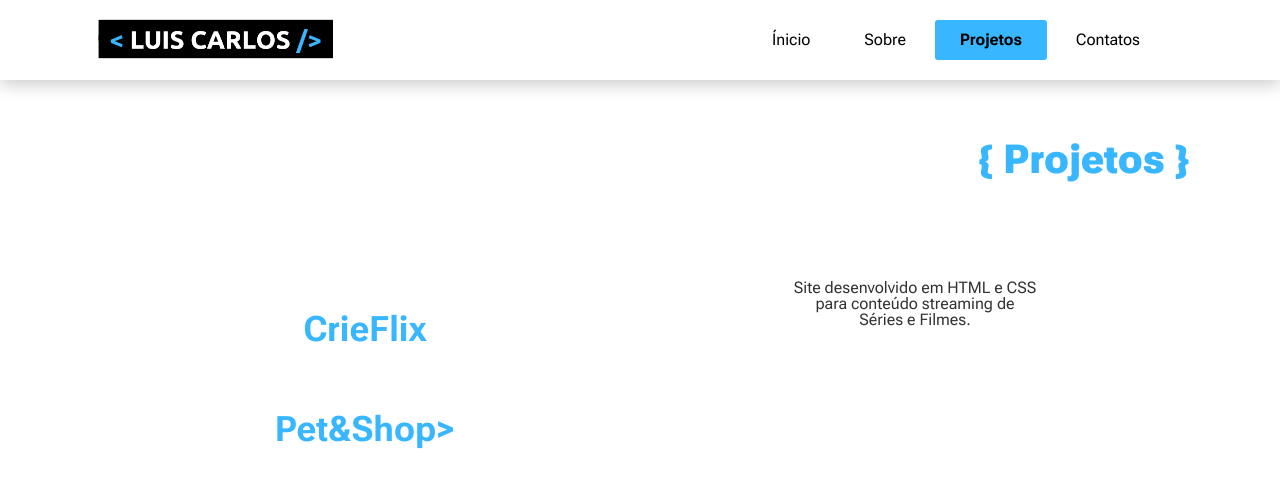
Repository: Iluiscarlos/SitePortifolio
Page: projects.html
These files come from the project's save history. The page is drawn as it stood at one moment and after the next save; the edit follows.
The browser window is 1280 px wide. The pictures show the whole page.
Some web libraries are served in a nearby version.

Above is the page before, as saved 2022-05-25 21:28:39.

### projects.html
<!DOCTYPE html>
<html lang="pt-BR">

<head>
    <meta charset="UTF-8">
    <meta name="viewport" content="width=device-width, initial-scale=1.0">
    <meta http-equiv="X-UA-Compatible" content="ie=edge">
    <title>Luís Carlos</title>
    <link rel="stylesheet" href="Styles/base/reset.css">
    <link rel="stylesheet" href="Styles/base/variables.css">
    <link rel="stylesheet" href="Styles/base/base.css">
    <link rel="stylesheet" href="Styles/layout/header.css">
    <link rel="stylesheet" href="Styles/layout/about.css">
    <link rel="stylesheet" href="Styles/layout/projects.css">
    <link rel="stylesheet" href="Styles/layout/footer.css">
    <link rel="stylesheet" href="Styles/components/icon.css">
    <script src="https://kit.fontawesome.com/2c48374459.js" crossorigin="anonymous"></script>
    <link rel="preconnect" href="https://fonts.googleapis.com">
    <link rel="preconnect" href="https://fonts.gstatic.com" crossorigin>
    <link
        href="https://fonts.googleapis.com/css2?family=Roboto+Flex:opsz,wght@8..144,100;8..144,200;8..144,300;8..144,400;8..144,500;8..144,600;8..144,700;8..144,800;8..144,900&display=swap"
        rel="stylesheet">
</head>

<body>
    <header class="header">
        <div class="container">
            <img src="icons/logo.png" class="header__logo">
            <nav class="menu__item">
                <a href="index.html" class="menu__item">Ínicio</a>
                <a href="about.html" class="menu__item">Sobre</a>
                <a href="projects.html" target="_self" class=" menu__item menu__item--active">Projetos</a>
                <a href="contacts.html" class="menu__item">Contatos</a>
            </nav>
        </div>
    </header>
    <main class="container">
        <h1 class="about__tittle">{ Projetos }</h1>
        <div class="projects">
            <div class="projects__list">
                <b class="bold__blue">CrieFlix</b>
            </div>
            <div class="projects__description">
                <p>Site desenvolvido em HTML e CSS<br>
                    para conteúdo streaming de<br>
                    Séries e Filmes.</p>
                </p>
            </div>
        </div>
            <div class="projects__list">
                <b class="bold__blue">Pet&Shop></b>

    </main>
</body>

</html>

### Styles/base/variables.css
:root{
    --color-red: #F41B3B;
    --color-green: #1EBC99;
    --color-blue: #38b6ff;
    --color-blue1: #0058dd;
    --color-purple:#6b009d;
    --color-yellow: #F9CC0D;
    --color-white: #ffffff;
    --color-black: #000000;
    --color-black1: #333;
    --color-darken-gray: #363536;
    --color-light-gray: #807E81;
    --color-gray: #4f4e50;
    --color-fa: #fafafa;
    --color-ea: #eaeaea;
    --color-cece: #cecece;

--font-family-Roboto:"Roboto Flex", 'Sans serif';
--font-size-default: 16px;
--border-radius-default:3px;

--font-family-primary: var(--font-family-Roboto);
}

### Styles/base/base.css
body {
    font-family: var(--font-family-primary);
    font-size: var(--font-size-default);
    background-color:  var(--color-white);
    color: var(--color-black1);
}


.divisor{
    size: 1;
    width: 100%;
}

.container {
    width: 1100px;
    max-width: 100%;
    margin-left: auto;
    margin-right: auto;
    margin-bottom: 60px;
  }

### Styles/layout/header.css
.header{
    position: fixed;
    height: 80px;
    font-size: 16px;
    background-color: var(--color-white);
    box-shadow: 0 5px 1em #cecece;
    top: 0;
    left: 0;
    right: 0;
}

.header .container{
    display: flex;
    align-items: center;
    height: 100%;
}
.menu__item{
    display: inline-block;
    padding: 0 25px 0;
    text-decoration: none;
    /*border-right: 2px solid var(--color-blue);*/
    color: var(--color-black);
    margin-left: auto;
}

.menu__item--active{
    color: var(--color-black);
    display: inline-block;
    text-align: center;
    font-weight: bold;
    line-height: 40px;
    border-radius: 3px;
    background: var(--color-blue);
}

/*.menu__item:last-child{
    border-right: none;
}*/

.header__logo{
    width: 250px;
}


@media only screen and (max-width: 480px){
    .header{
    display: block;
    position: fixed;
    top: 60px;
    left: 0;
    right: 0;
    bottom: 0;
    background-color: pink;
    transform: translateX(-100%);

}


    .header__menu::-webkit-scrollbar{
        width: 0;
        height: 0;
    }

    .menu__item{
        display: block;
        margin: 20px 0;
    }

}

### Styles/layout/about.css
.about{
    display: flex;
}

.about__photo{
    width: 400px;
    height: 500px;
    padding-top: 280px;
    padding-right: 50px;
    vertical-align: middle;
    object-fit: cover;
}


.about__tittle{
    color: var(--color-blue);
    font-size: 40px;
    font-weight:900;
    padding-top: 140px;
    text-align: end;
}


.about__content{
    font-family: var(--font-family-primary);
    font-size: 18px;
    padding-top: 30px;
    text-align: justify;
    line-height: 1.25;
}


a{
    text-decoration: none;
}

.bold__blue{
    font-weight: bold;
    color: var(--color-blue);
}

.bold__black{
    font-weight: bold;
    color: var(--color-black);
}


.experience{
    display: flex;
    flex-direction: column;
}

.subtitle{
    color: var(--color-blue);
    font-size: 40px;
    font-weight:500;
    padding-top: 25px;
    text-align: center;
    vertical-align:top;
}

.experience__list{
    text-align: justify;
    font-size: 18px;
    font-weight: 400;
    line-height: 25px;
}

.experience__edu{
    text-align: justify;
    font-size: 18px;
    font-weight: 400;
    line-height: 25px;
}

### Styles/layout/projects.css
.projects{
    display: flex;

    margin-top: 100px;

}

.projects__list{
    width: 50%;
    font-size: 35px;
    text-align: center;
    line-height: 100px;
}

.projects__description{
    width: 50%;
    text-align: center;

}

### Styles/layout/footer.css
footer{
display: block;
background-color: var(--color-black);
}

.andress {
    display: flex;
    height: 350px;
    color: var(--color-white);
    align-items: center;
    justify-content: space-between;
    padding-left: 100px;
}


.andress__contacts{
    display: block;
    font-size: var(--font-size-default);
    line-height: 60px;
}

.andress__contacts-tittle{
    color: var(--color-blue);
    font-size: 28px;
    font-weight: 900;

}


.contacts{
    display: block;
    text-decoration: none;
    color: var(--color-white);
}

.andress__rede{
    display: block;
    font-size: 20px;
    padding-left: 150px;
    padding-right: 100px;
}

.andress__add{
    line-height: 25px;
    padding-left: 100px;
    text-align:center;
}


.footer__copy{
    display: flex;
    height: 60px;
    font-size: var(--font-size-default);
    color: var(--color-white);
    text-align: center;
    justify-content:center;
    align-items: center;
}

### Styles/components/icon.css
.icon__large{
    font-size: 4em;
    color: var(--color-blue1);
    text-align: center;
}

.icon__large:last-child{
    text-align: end;
}

.social .icon__large{
    color: var(--color-white);
}

.icon__medium{
    text-decoration: none;
    font-size: 2em;
    color: var(--color-white);
    letter-spacing: 15px;
}

.icon__small{
    text-decoration: none;
    text-align: end;
    font-size: 1em;
    color: var(--color-blue);
    letter-spacing: 7px;
}

.icon__small i:hover{
    transform: translateX(1px) rotate(10deg) translateY(0.3px) scale(1.2);
    transition-duration: 1000ms;
}

.icon__medium i:hover{
    transform: translateX(1px) rotate(10deg) translateY(0.3px) scale(1.2);
    transition-duration: 1000ms;
}

Loaded but not shown: Styles/base/reset.css (common file)

After the next save:
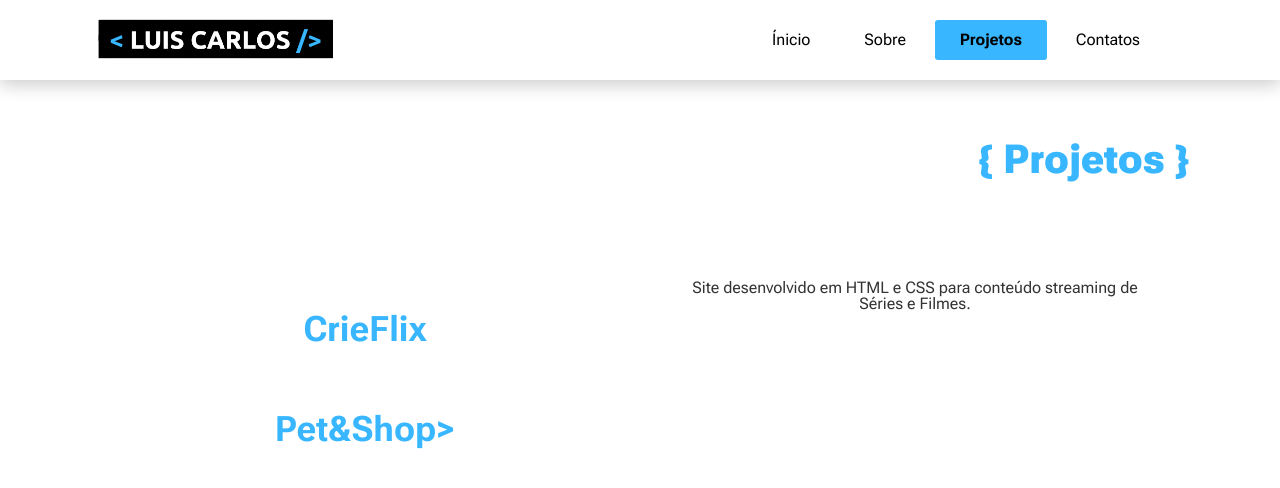
Saved 37 s later.
--- a/projects.html
+++ b/projects.html
@@ -41,7 +41,7 @@
                 <b class="bold__blue">CrieFlix</b>
             </div>
             <div class="projects__description">
-                <p>Site desenvolvido em HTML e CSS<br>
+                <p>Site desenvolvido em HTML e CSS
                     para conteúdo streaming de<br>
                     Séries e Filmes.</p>
                 </p>
